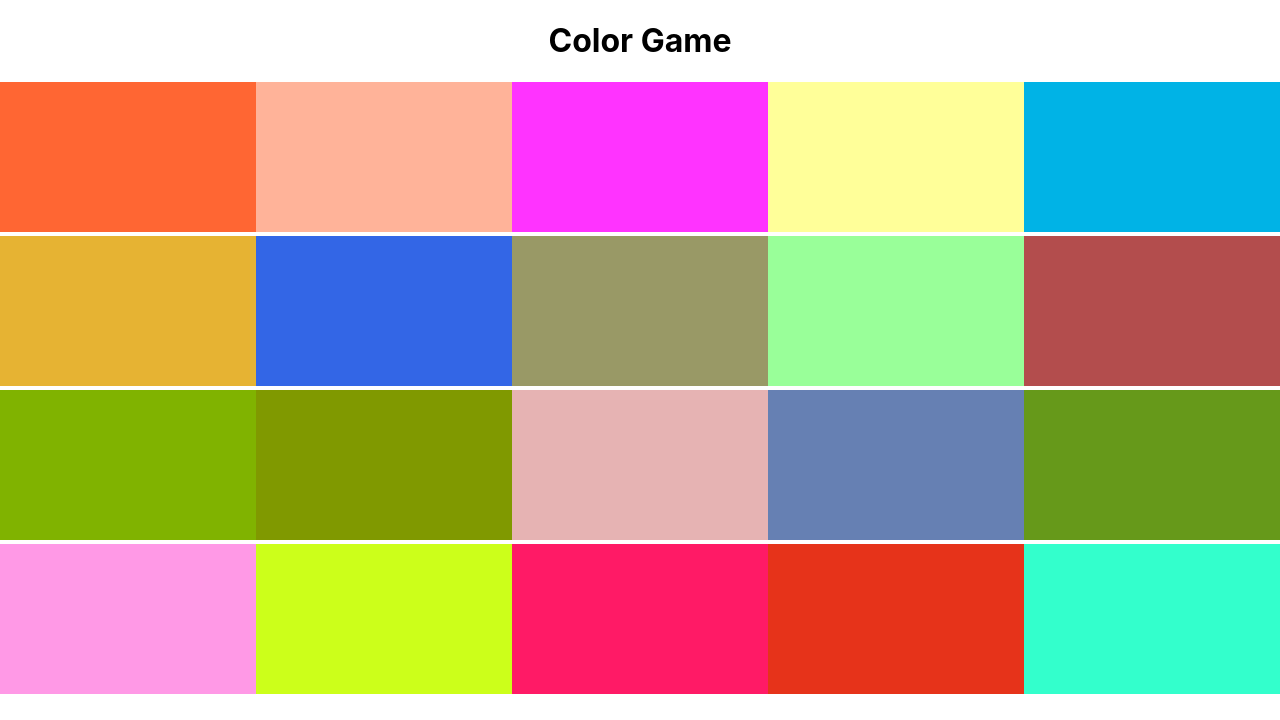
Repository: johnmutina/shades_of_blue
Page: /
An editor plug-in stored every save of this project. The page is shown before and after the next save, followed by the edit.
The browser window is 1280 px wide. The pictures show the whole page.
The project was rebuilt for these pictures with package versions that can differ from the ones it lists, and the page was loaded fresh each time.

Above is the page before, as saved 2019-06-22 14:28:59.

After the next save:
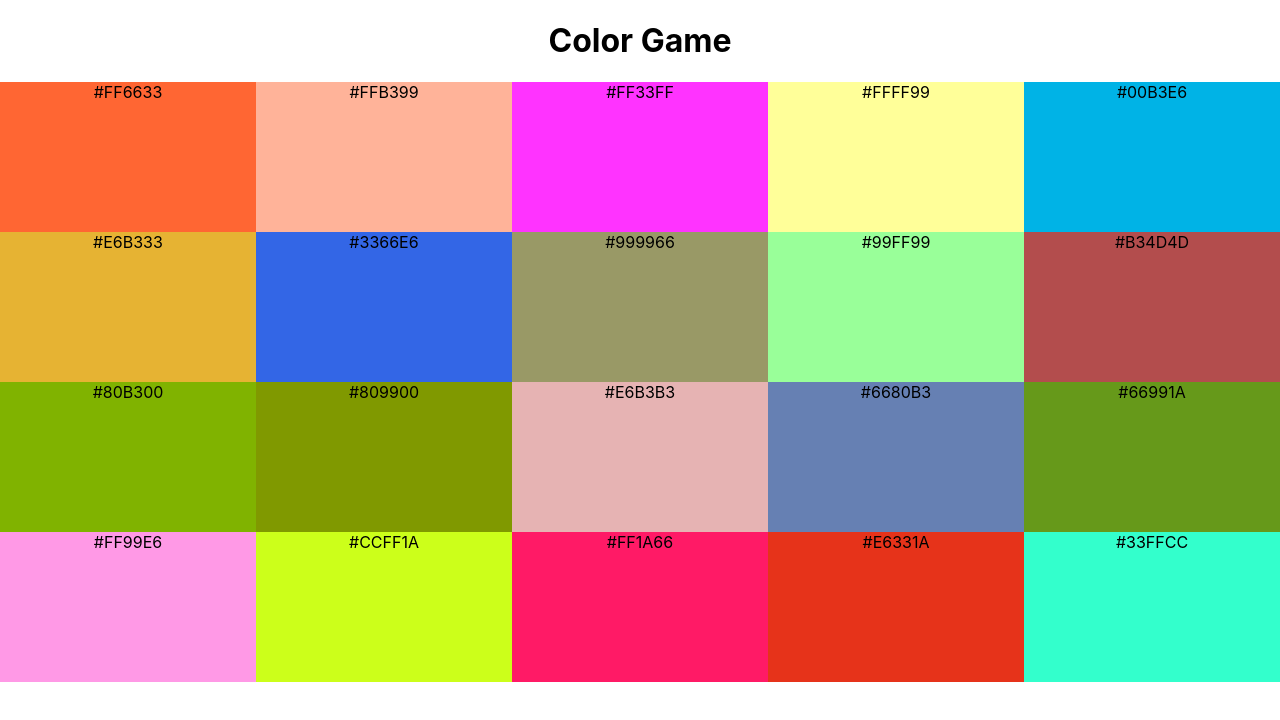
Saved 15 s later.
--- a/src/ColorBox.js
+++ b/src/ColorBox.js
@@ -4,7 +4,7 @@ import './ColorBox.css';
 class ColorBox extends Component {
     render(){
         return (
-            <div className="ColorBox" style={{backgroundColor: this.props.color}}></div>
+            <div className="ColorBox" style={{backgroundColor: this.props.color}}>{this.props.color}</div>
         )
     }
 }
